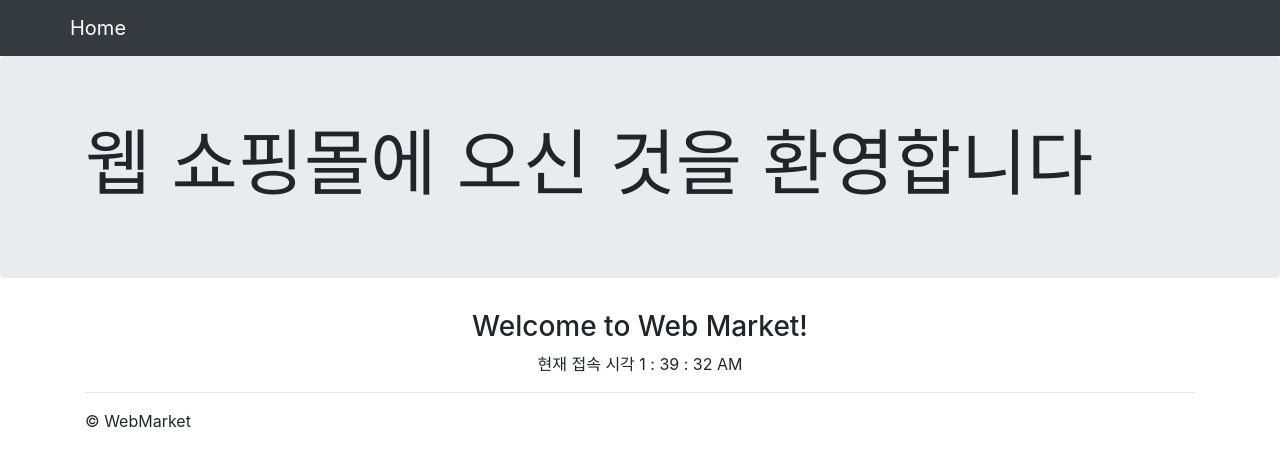
Repository: JeongYT/JSP
Page: http://localhost/Servers/welcome.jsp
These files come from the project's save history. The page is drawn as it stood at one moment and after the next save; the edit follows.
The browser window is 1280 px wide. The pictures show the whole page.
The page is served by Tomcat 9.

Above is the page before, as saved 2023-07-06 05:16:20.

### Servers/welcome.jsp
<%@ page language="java" contentType="text/html; charset=EUC-KR"
    pageEncoding="EUC-KR"%>
<%@page import="java.util.Date"%>
<!DOCTYPE html>
<html>
<head>
<meta charset="EUC-KR">
<title>Welcome</title>
<!-- Latest compiled and minified CSS -->
<link rel="stylesheet" href="https://cdn.jsdelivr.net/npm/bootstrap@4.6.2/dist/css/bootstrap.min.css">

<!-- jQuery library -->
<script src="https://cdn.jsdelivr.net/npm/jquery@3.6.4/dist/jquery.slim.min.js"></script>

<!-- Popper JS -->
<script src="https://cdn.jsdelivr.net/npm/popper.js@1.16.1/dist/umd/popper.min.js"></script>

<!-- Latest compiled JavaScript -->
<script src="https://cdn.jsdelivr.net/npm/bootstrap@4.6.2/dist/js/bootstrap.bundle.min.js"></script>
</head>
<body>
	<nav class="navbar navbar-expand navbar-dark bg-dark">
		<div class="container">
			<div class="navbar-header">
				<a class="navbar-brand" href="./welcome.jsp"> Home </a>
			</div>
		</div>
	</nav>
	<%! String greeting = "웹 쇼핑몰에 오신 것을 환영합니다";
	String tagline = "Welcome to Web Market!";%>
	<div class = "jumbotron">
		<div class = "container">
			<h1 class ="display-3">
				<%=greeting %>
			</h1>
		</div>
	</div>
	<main role = "main">
	<div class = "container">
		<div class = "text-center">
			<h3>
				<%= tagline %>
			</h3>
			<%
				Date day = new java.util.Date();
				String am_pm;
				int hour = day.getHours();
				int minute = day.getMinutes();
				int second = day.getSeconds();
				if(hour/12 == 0){
					am_pm = "AM";
				} else {
					am_pm = "PM";
					hour = hour-12;
				}
				String CT = hour + " : " + minute + " : " + second + " " + am_pm;
				out.println("현재 접속 시각 " + CT + "\n");
			%>
		</div>
		<hr>
	</div>
	</main>
	<footer class = "container">
		<p>&copy; WebMarket</p>
	</footer>

</body>
</html>

After the next save:
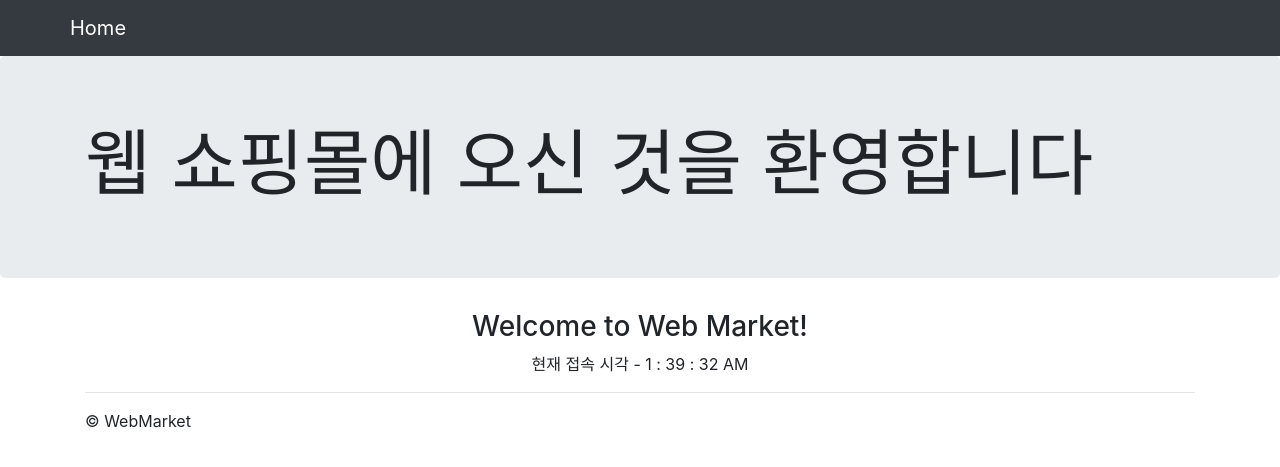
Saved 16 s later.
--- a/Servers/welcome.jsp
+++ b/Servers/welcome.jsp
@@ -54,7 +54,7 @@
 					hour = hour-12;
 				}
 				String CT = hour + " : " + minute + " : " + second + " " + am_pm;
-				out.println("현재 접속 시각 " + CT + "\n");
+				out.println("현재 접속 시각 - " + CT + "\n");
 			%>
 		</div>
 		<hr>
